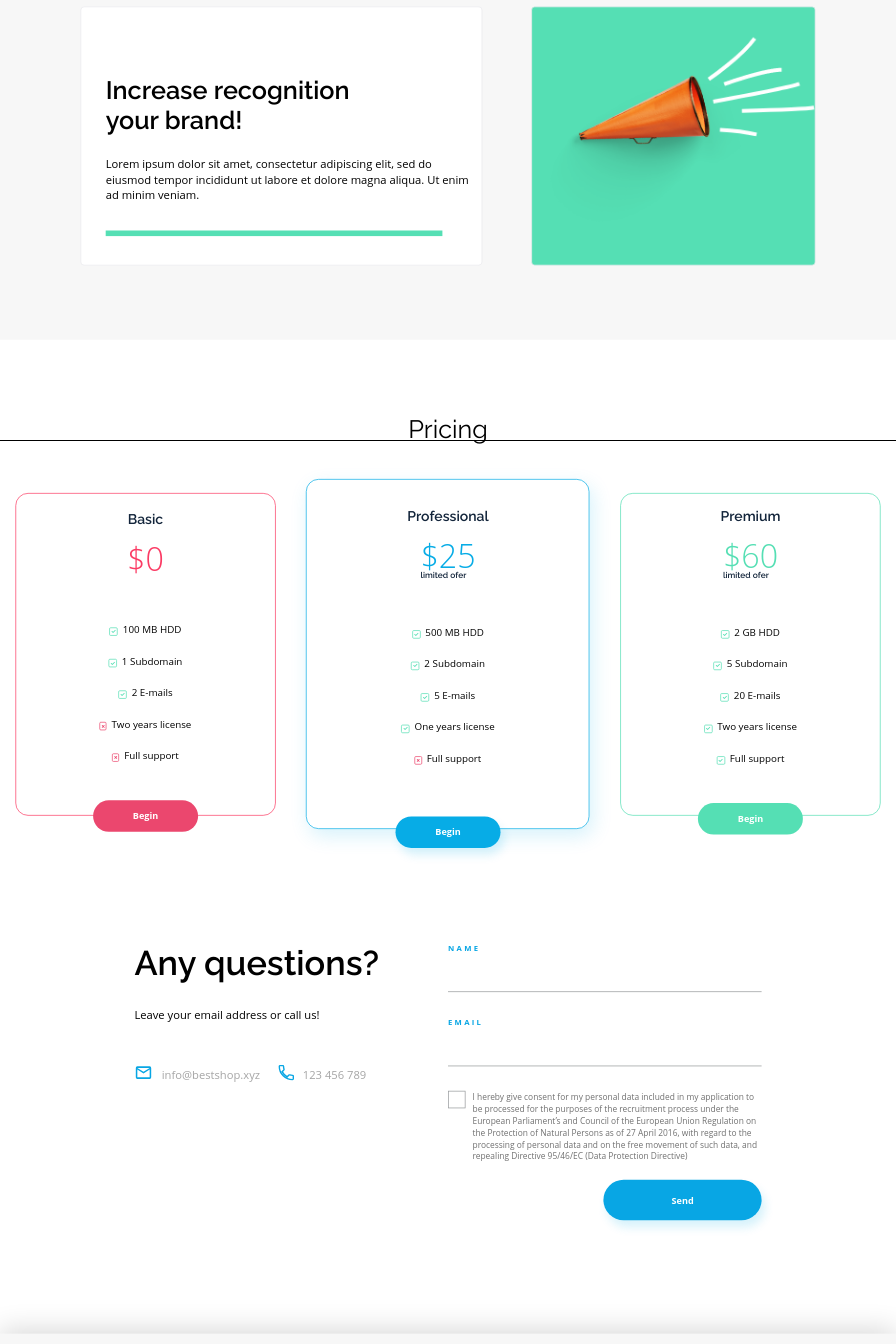
Repository: VolodymyrDubnytskyi/BestShop_project
Page: index.html
These files come from the project's save history. The page is drawn as it stood at one moment and after the next save; the edit follows.
The browser window is 1280 px wide. The pictures show the part of the page from y = 2276 to 4196 px (the page is 4270 px tall), at 70% of full size.
Some web libraries are served in a nearby version.

Above is the page before, as saved 2020-01-17 22:07:29.

After the next save:
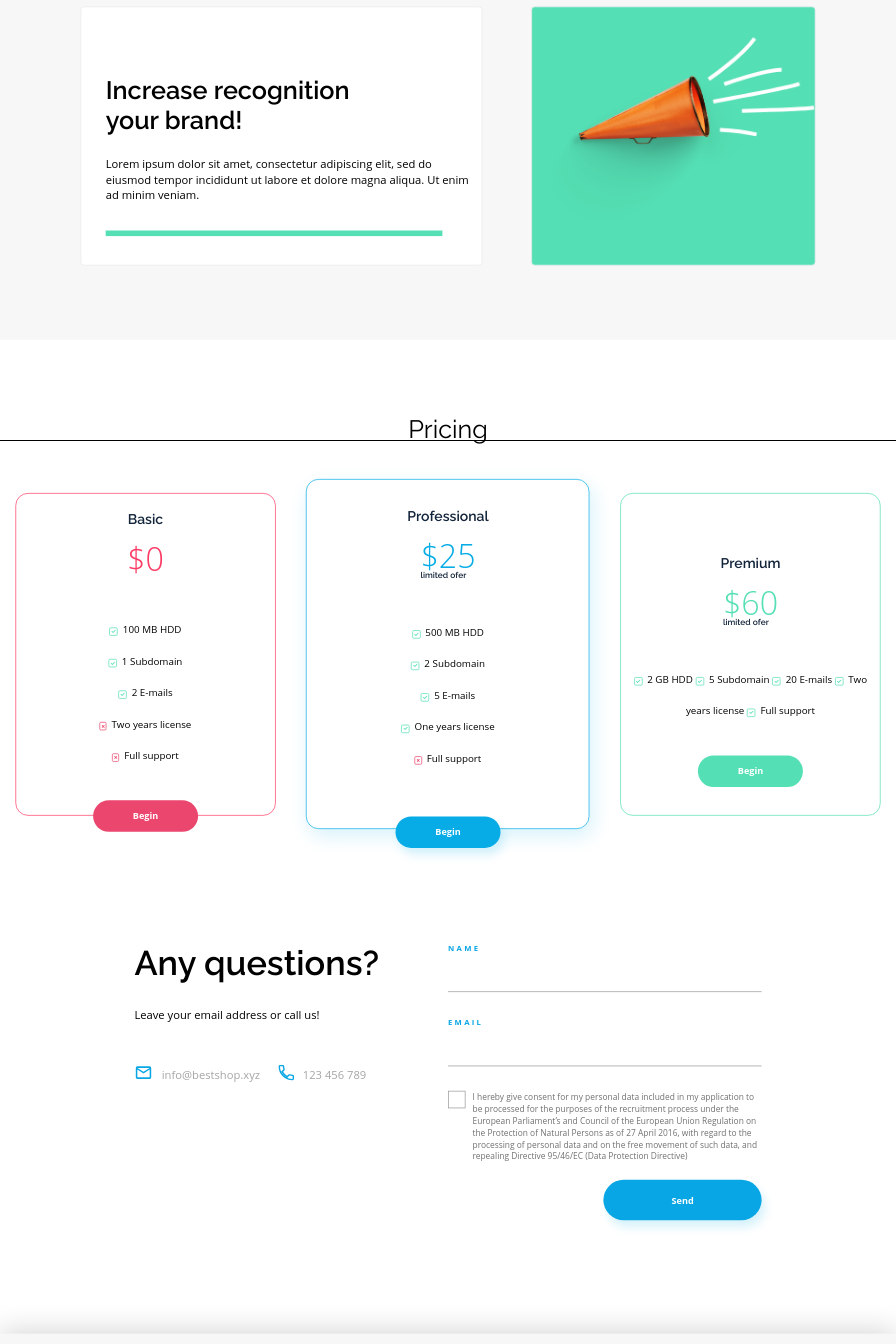
Saved 90 s later.
--- a/index.html
+++ b/index.html
@@ -149,11 +149,13 @@
                         <h3>Premium</h3>
                         <h4 class="heading-after-limited-offer">$60</h4>
                     </div>
-                    <span class="pricing-box-content">2 GB HDD</span>
-                    <span class="pricing-box-content">5 Subdomain</span>
-                    <span class="pricing-box-content">20 E-mails</span>
-                    <span class="pricing-box-content">Two years license</span>
-                    <span class="pricing-box-content">Full support</span>
+                    <div class="pricing-container-for-content">
+                        <span class="pricing-box-content">2 GB HDD</span>
+                        <span class="pricing-box-content">5 Subdomain</span>
+                        <span class="pricing-box-content">20 E-mails</span>
+                        <span class="pricing-box-content">Two years license</span>
+                        <span class="pricing-box-content">Full support</span>
+                    </div>
                     <a href="" class="begin-links begin-links-premium">Begin</a>
                 </arcticle>
             </section>
